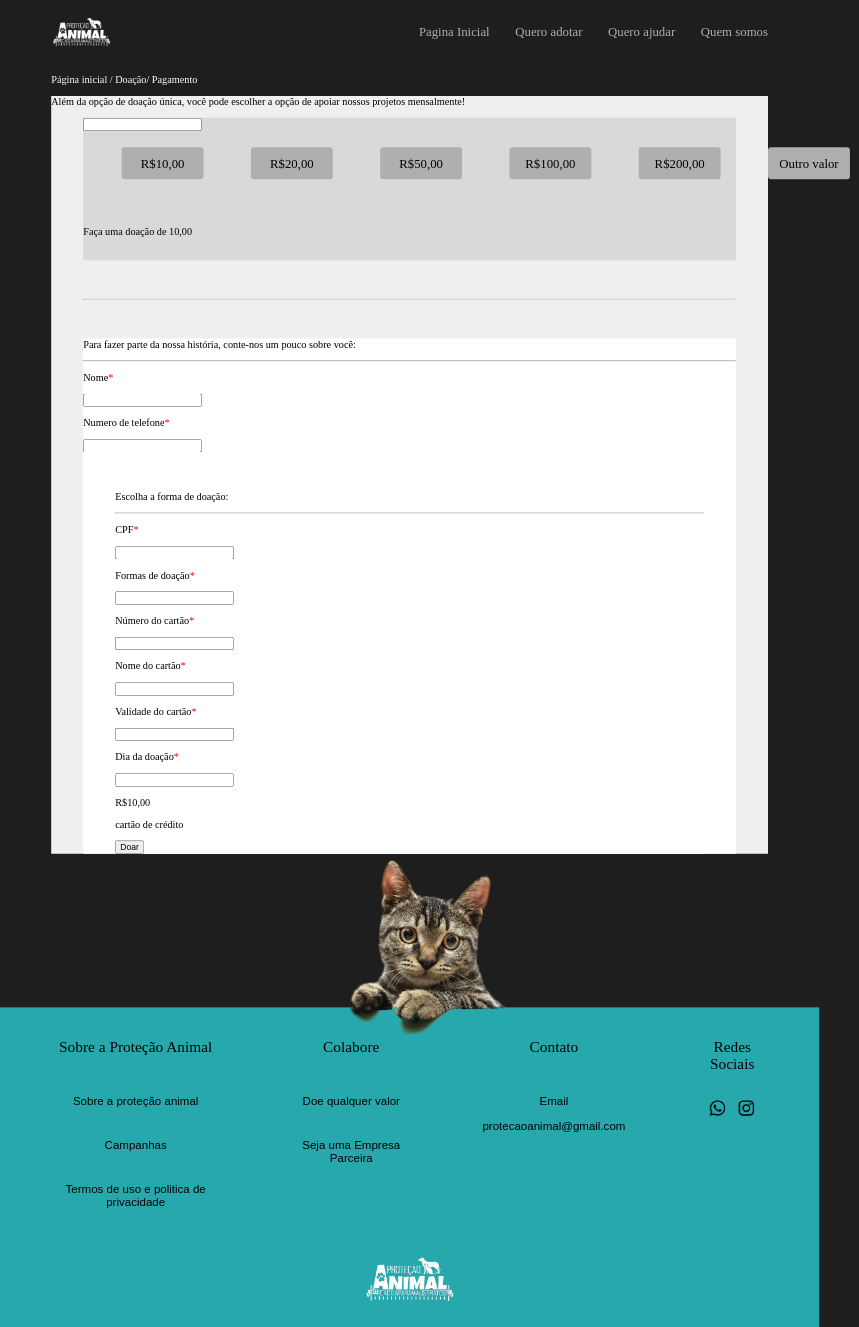
Repository: edjunior-nascimento/protecao-animal-web
Page: src/pages/formulario-doacao/index.html
The author's editor kept a copy of each file at every save. The page is drawn from the files as they stood at one save, then again after a run of saves.
The browser window is 1280 px wide. The page is 1342 px wide, so the pictures cover 1342 px, including what lies to the right of the window. The pictures show the whole page, at 64% of full size.

Above is the page before, as saved 2025-03-06 03:49:06.

### src/pages/formulario-doacao/index.html
<!DOCTYPE html>
<html lang="pt">

<head>
    <meta charset="UTF-8">
    <meta name="viewport" content="width=device-width, initial-scale=1.0">
    <title>Proteção Animal</title>
    <link rel="preconnect" href="https://fonts.googleapis.com" />
    <link rel="preconnect" href="https://fonts.gstatic.com" crossorigin />
    <meta name="viewport" content="width=device-width, initial-scale=1.0" />
    <link rel="stylesheet" href="./style.css" />
    <link>
</head>

<body>
    <header>
        <div><img class="logo" src="/src/pages/images/logo.png" alt="logo Protecao animal" /></div>
        <nav>
            <ul>
                <li>
                    <a href="#">
                        <p>Pagina Inicial</p>
                    </a>
                </li>
                <li>
                    <a href="#">
                        <p>Quero adotar</p>
                    </a>
                </li>
                <li>
                    <a href="#">
                        <p>Quero ajudar</p>
                    </a>
                </li>
                <li>
                    <a href="#">
                        <p>Quem somos</p>
                    </a>
                </li>
            </ul>
        </nav>
    </header>
    <main>
        <div class="title">
            <p>Página inicial / Doação/ Pagamento</p>
        </div>
        <div class="container">
            <div class="sub-title">
                <p>Além da opção de doação única, você pode escolher a opção de apoiar nossos projetos mensalmente!
                </p>
            </div>
            <div class="valor">
                <div class="cota">
                    <input type="text">
                </div>
                <nav class="cota-inicial">
                    <ul>
                        <li>
                            <a href="#">R$10,00</a></a>
                        </li>
                        <li>
                            <a href="#">R$20,00</a>
                        </li>
                        <li>
                            <a href="#">R$50,00</a>
                        </li>
                        <li>
                            <a href="#">R$100,00</a>
                        </li>
                        <li>
                            <a href="#">R$200,00</a>
                        </li>
                        <li>
                            <a href="#">Outro valor</a>
                        </li>
                    </ul>
                </nav>
                <div class="res"><span>Faça uma doação de 10,00</span>
                </div>
            </div>
            <hr class="pri-line">
            <div class="card">
                <div class="sub-title">
                    <p>Para fazer parte da nossa história, conte-nos um pouco sobre você:</p>
                </div>
                <hr>
                <div class="dados">
                    <form action="/send" method="post" target="_blank">
                        <label>
                            <p>Nome<span class="ast">*</span></p>
                            <input type="text" name="Nome" id="Nome*">
                        </label>
                        <label>
                            <p>Numero de telefone<span class="ast">*</span></p>
                            <input type="text" name="telefone" id="telefone">
                        </label>
                    </form>
                </div>
                <div class="card">
                    <div class="sub-title">
                        <p>Escolha a forma de doação:</p>
                    </div>
                    <hr>
                    <form action="/send" method="post" target="_blank">
                        <label>
                            <p>CPF<span class="ast">*</span></p>
                            <input type="number" name="cpf" id="cpf">
                        </label>
                        <label>
                            <p>Formas de doação<span class="ast">*</span></p>
                            <input type="text" name="forme-doacao" id="forme-doacao"></p>
                        </label>
                        <label>
                            <p>Número do cartão<span class="ast">*</span></p>
                            <input type="number" name="cartao" id="cartao">
                        </label>
                        <label>
                            <p>Nome do cartão<span class="ast">*</span></p>
                            <input type="text" name="nome-cartao" id="nome-cartao">
                        </label>
                        <label>
                            <p>Validade do cartão<span class="ast">*</span></p>
                            <input type="text" name="" id="">
                        </label>
                        <label>
                            <p>Dia da doação<span class="ast">*</span></p>
                            <input type="number" name="data" id="data">
                        </label>
                    </form>
                    <div class="resultado">
                        <div class="retorno">
                            <div class="res/doacao">
                                <p>R$10,00</p>
                            </div>
                            <div class="forma/pagamento">
                                <p>cartão de crédito</p>
                            </div>
                        </div>
                        <button>Doar</button>
                    </div>
                </div>
            </div>
        </div>
    </main>
    <div class="gato"><img src="/src/pages/images/gato.png" alt=""></div>
    <footer>
        <div class="footer-container">
            <div class="footer-primary">
                <div class="footer-section-1">
                    <div>
                        <h4>Sobre a Proteção Animal</h4>
                    </div>
                    <div>
                        <p><a href="">Sobre a proteção animal</a></p>
                    </div>
                    <div>
                        <p><a href="">Campanhas</a></p>
                    </div>
                    <div>
                        <p><a href="">Termos de uso e politica de privacidade</a></p>
                    </div>
                </div>
                <div class="footer-section-2">
                    <div>
                        <h4>Colabore</h4>
                    </div>
                    <div>
                        <p><a href="">Doe qualquer valor</a></p>
                    </div>
                    <div>
                        <p><a href="">Seja uma Empresa Parceira</a></p>
                    </div>
                </div>
                <div class="footer-section-3">
                    <div>
                        <h4>Contato</h4>
                    </div>
                    <div>
                        <p>Email</p>
                        <p><a href="mailto:protecaoanimal@gmail.com">protecaoanimal@gmail.com</a></p>
                    </div>
                </div>
                <div class="footer-section-4">
                    <div>
                        <h4>Redes Sociais</h4>
                    </div>
                    <div class="social-icons">
                        <div>
                            <a href=""><img src="/src/pages/images/whatsAppIcon.png" alt="" /></a>
                        </div>
                        <div>
                            <a href=""><img src="/src/pages/images/instagramIcon.png" alt="" /></a>
                        </div>
                    </div>
                </div>
            </div>
        </div>
        <div class="footer-secondary">
            <img src="/src/pages/images/logo.png" alt="" />
        </div>
    </footer>
</body>

</html>

### src/pages/formulario-doacao/style.css
:root {
    --main-bg-color: #1e1e1e;
    --title-color: #27a8ad;
    --subtitle-color: #ffffff;
    --box-color: #ffffff;
    --link-nav-color: #ffffff;
    --card-title-color: #27a8ad;
    --footer-background: #27a8ad;
    --footer-font-color: #000000;
    --maim-color: #EFEFEF;
    --card-nav-color:#D9D9D9;
    --nav-valor:#B0AFAF;
    --asterisco-color: red;
  }
  body {
    height: max-content;
    font-family: "Jockey One", serif;
    font-style: normal;
    margin: 0px;
    padding: 0px;
    background-color: var(--main-bg-color);
  }

  a {
    text-decoration: none;
  }

  header {
    height: 100px;
    display: flex;
    flex-direction: row;
    justify-content: space-between;
    padding-inline: 80px
  }
  header div {
    display: flex;
    align-items: center;
  }
  .logo {
    height: 95px;
    width: auto;
  }
  nav {
    width: auto;
    height: 100px;
    display: flex;
    align-items: center;
  }
  nav ul {
    list-style-type: none;
    display: flex;
    gap: 40px;
  }
  nav ul li a {
    color: var(--nav-valor);
    font-size: 20px;
    background-color: var(--card-nav-color);
  }


main {
  background-color:var(--main-bg-color) ;
  padding-left: 80px;
  padding-right: 80px;
}
.cota-inicial a {
  color: var(--footer-font-color);
  width: 128px;
  height: 50px;
  display: inline-block;
  text-align: center;
  line-height: 50px;
  background-color: var(--nav-valor);
  margin-left: 20px;
  border-radius: 5px;
}
.cota-inicial li {
  height: 50px;
  width: 162px;
}
.cota-inicial li :hover {
  background-color: var(--footer-background);
  color: var(--box-color);
}
.res {
  margin-top: 48px;
  padding-bottom: 36px;
}
  .pri-line {
    margin-top: 60px;
    margin-left: 50px;
    margin-right: 50px;
  }
  .card {
    margin-top: 60px;
    margin-left: 50px;
    margin-right: 50px;
  }
  .ast {
    color: var(--asterisco-color);
  }
.container {
  background-color: var(--maim-color);
}
.title {
  color: var(--subtitle-color);
}
.valor {
  margin-left: 50px;
  margin-right: 50px;
  background-color: var(--card-nav-color);
}
.valor nav {
  width: 100%;
}
.card {
  background-color: var(--box-color);
}




  .gato {
    margin-left: 42%;
    margin-bottom: -25px;
    height: 265px;
    max-width: auto;}

  footer {
    height: 500px;
    max-height: auto;
    background-color: var(--footer-background);
    padding-inline: 80px;
  }

  .footer-container {
      width: auto;
      height: 70%;
      display: flex;
      align-items: center;
      justify-content: center;
  }

  .footer-primary {
    display: flex;
    flex-direction: row;
    gap: 111px;
    align-items: flex-start;
    justify-content: center;
  }

  .footer-primary p a {
      color: var(--footer-font-color);
      font-family: "Arial", sans-serif;
  }

  .footer-primary h4 {
    font-size: 24px;
    font-weight: 400;
  }

  .footer-primary p {
      font-size: 18px;
      font-weight: 400;
      font-family: "Arial", sans-serif;
  }

  .footer-secondary {
    width: auto;
    height: 30%;
    display: flex;
    align-items: center;
    justify-content: center;
  }

  .footer-secondary img {
      height: 145px;
      width: auto
  }

  .footer-section-1, .footer-section-2, .footer-section-3, .footer-section-4 {
      display: flex;
      flex-direction: column;
      text-align: center;
      gap: 12px;
  }

  .footer-section-4 {
      align-items: center;
  }

  .social-icons {
      display: flex;
      flex-direction: row;
      gap: 20px;
  }

After the next 2 saves:
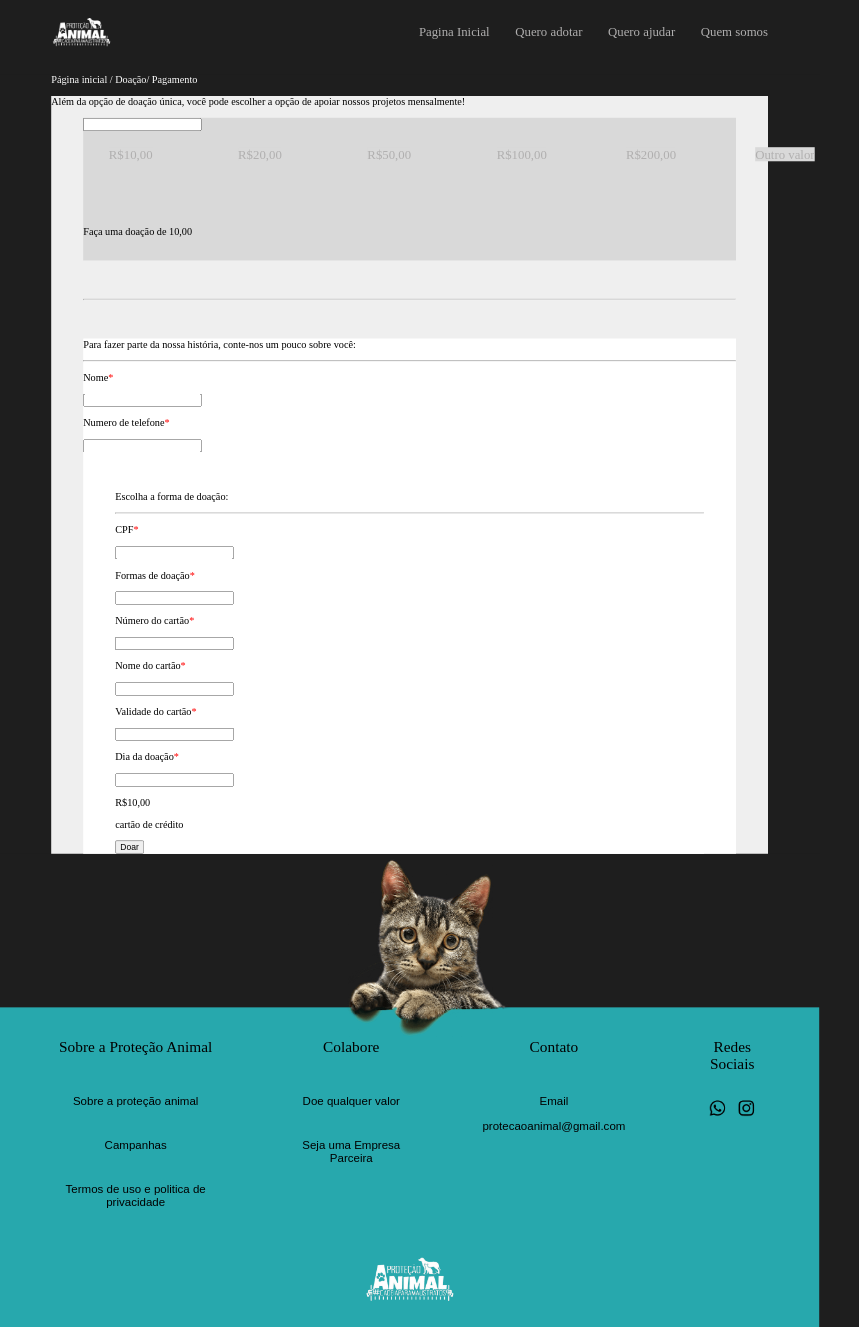
The 2 saves are shown as one change because they came seconds apart.
The last was saved 45 s later.
--- a/src/pages/formulario-doacao/style.css
+++ b/src/pages/formulario-doacao/style.css
@@ -63,6 +63,7 @@ main {
   padding-left: 80px;
   padding-right: 80px;
 }
+.su
 .cota-inicial a {
   color: var(--footer-font-color);
   width: 128px;
